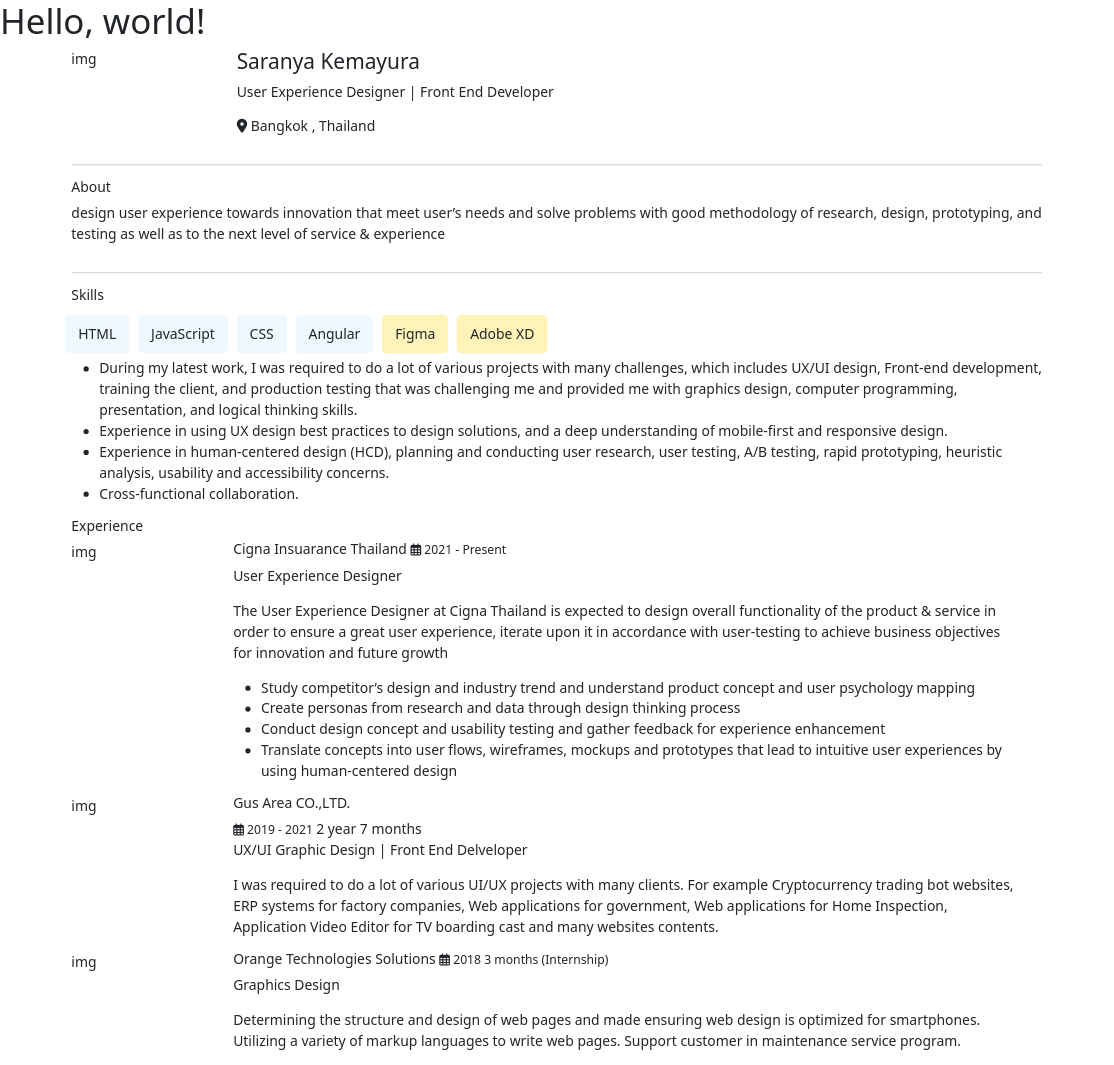
Repository: 0910th/portfolio
Page: index.html
The author's editor kept a copy of each file at every save. The page is drawn from the files as they stood at one save, then again after the next save.
The browser window is 1280 px wide. The pictures show the whole page, at 87% of full size.

Above is the page before, as saved 2022-12-12 12:25:13.

After the next save:
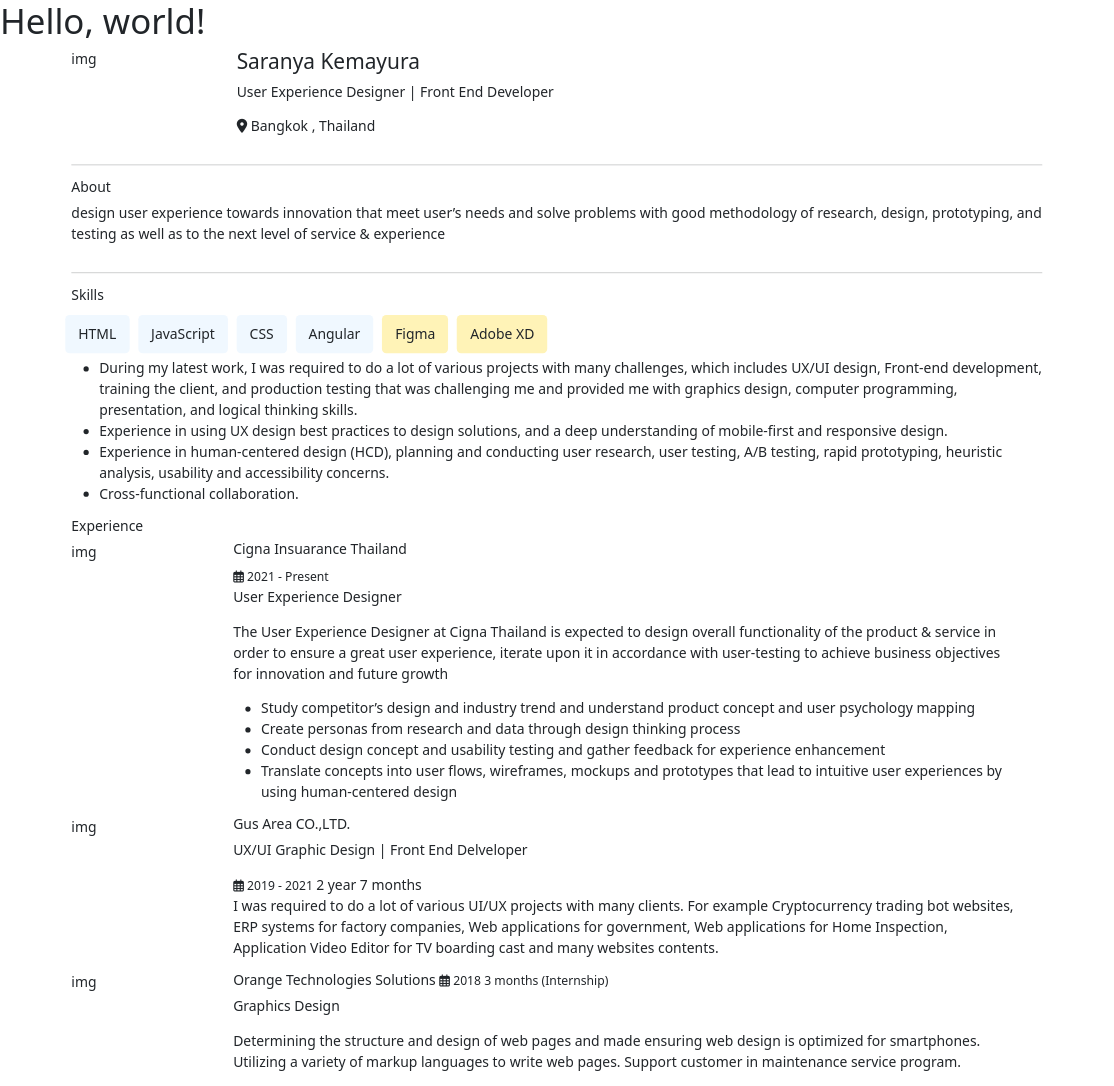
Saved 27 s later.
--- a/index.html
+++ b/index.html
@@ -69,7 +69,8 @@
                     img
                 </div>
                 <div class="col-10">
-                    <h6> Cigna Insuarance Thailand <small class="text-grey"> <i class="fa-regular fa-calendar-days"></i> 2021 - Present</small> </h6>
+                    <h6> Cigna Insuarance Thailand </h6>
+                    <small class="text-grey"> <i class="fa-regular fa-calendar-days"></i> 2021 - Present</small>
                     <p> User Experience Designer </p>
                     <p> The User Experience Designer at Cigna Thailand is expected to design overall functionality of the product & service in
                     order to ensure a great user experience, iterate upon it in accordance with user-testing to achieve business objectives
@@ -90,8 +91,8 @@
                 </div>
                 <div class="col-10">
                     <h6> Gus Area CO.,LTD.   </h6>
+                    <p> UX/UI Graphic Design | Front End Delveloper </p>
                     <small class="text-grey"> <i class="fa-regular fa-calendar-days"></i> 2019 - 2021 </small> 2 year 7 months
-                    <p> UX/UI Graphic Design | Front End Delveloper </p>
                     <p> I was required to do a lot of various UI/UX projects with many clients. For example Cryptocurrency trading bot websites,
                     ERP systems for factory companies, Web applications for government, Web applications for Home Inspection, Application
                     Video Editor for TV boarding cast and many websites contents.  </p>
